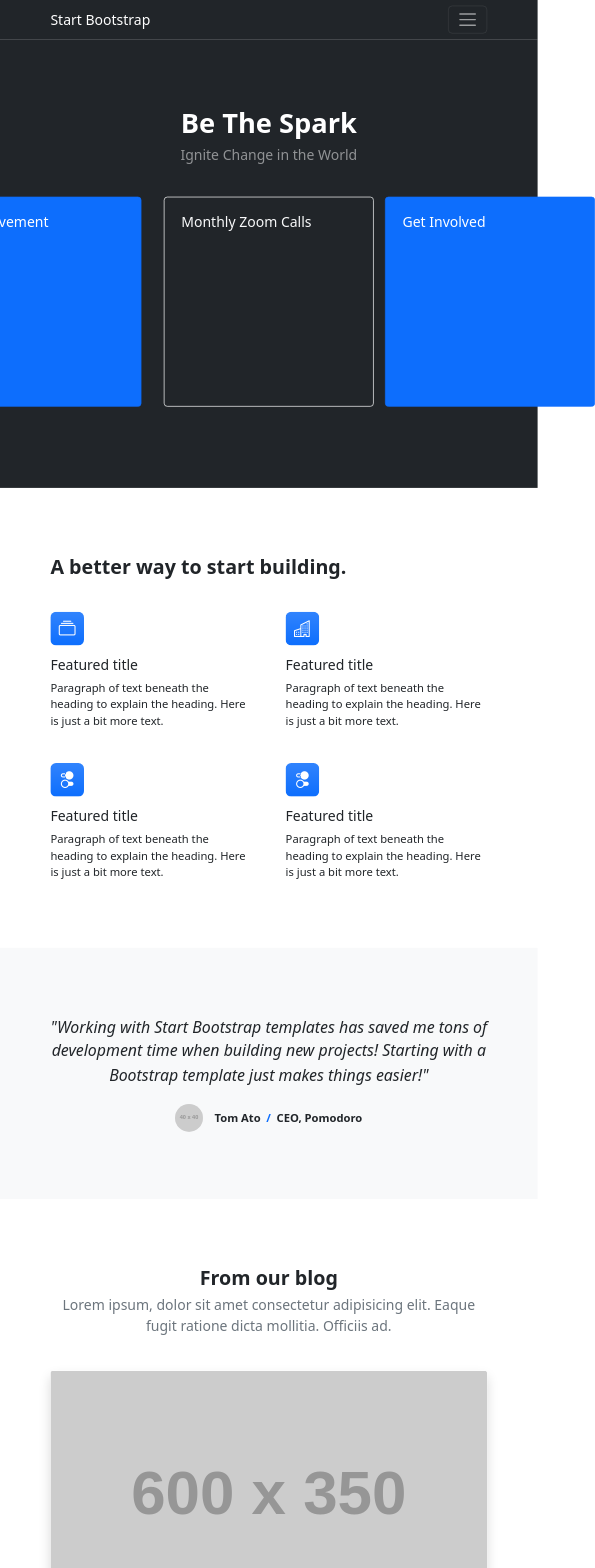
Repository: DragonFruit8/BeTheSpark
Page: index.html
The author's editor kept a copy of each file at every save. The page is drawn from the files as they stood at one save, then again after the next save.
The browser window is 768 px wide. The page is 850 px wide, so the pictures cover 850 px, including what lies to the right of the window. The pictures show the part of the page from y = 0 to 2240 px (the page is 4386 px tall before and 4286 px after), at 70% of full size.

Above is the page before, as saved 2024-01-05 08:20:33.

### index.html
<!DOCTYPE html>
<html lang="en">
    <head>
        <meta charset="utf-8" />
        <meta name="viewport" content="width=device-width, initial-scale=1, shrink-to-fit=no" />
        <meta name="description" content="" />
        <meta name="author" content="" />
        <title>Modern Business - Start Bootstrap Template</title>
        <!-- Favicon-->
        <link rel="icon" type="image/x-icon" href="assets/favicon.ico" />
        <!-- Bootstrap icons-->
        <link href="https://cdn.jsdelivr.net/npm/bootstrap-icons@1.5.0/font/bootstrap-icons.css" rel="stylesheet" />
        <!-- Core theme CSS (includes Bootstrap)-->
        <link href="css/styles.css" rel="stylesheet" />
        <link href="css/home.css" rel="stylesheet" />
    </head>
    <body class="d-flex flex-column h-100">
        <main class="flex-shrink-0">
            <!-- Navigation-->
            <nav class="navbar navbar-expand-lg navbar-dark bg-dark">
                <div class="container px-5">
                    <a class="navbar-brand" href="index.html">Start Bootstrap</a>
                    <button class="navbar-toggler" type="button" data-bs-toggle="collapse" data-bs-target="#navbarSupportedContent" aria-controls="navbarSupportedContent" aria-expanded="false" aria-label="Toggle navigation"><span class="navbar-toggler-icon"></span></button>
                    <div class="collapse navbar-collapse" id="navbarSupportedContent">
                        <ul class="navbar-nav ms-auto mb-2 mb-lg-0">
                            <li class="nav-item"><a class="nav-link" href="index.html">Home</a></li>
                            <li class="nav-item"><a class="nav-link" href="about.html">About</a></li>
                            <li class="nav-item"><a class="nav-link" href="contact.html">Contact</a></li>
                            <li class="nav-item"><a class="nav-link" href="pricing.html">Pricing</a></li>
                            <li class="nav-item"><a class="nav-link" href="faq.html">FAQ</a></li>
                            <li class="nav-item dropdown">
                                <a class="nav-link dropdown-toggle" id="navbarDropdownBlog" href="#" role="button" data-bs-toggle="dropdown" aria-expanded="false">Blog</a>
                                <ul class="dropdown-menu dropdown-menu-end" aria-labelledby="navbarDropdownBlog">
                                    <li><a class="dropdown-item" href="blog-home.html">Blog Home</a></li>
                                    <li><a class="dropdown-item" href="blog-post.html">Blog Post</a></li>
                                </ul>
                            </li>
                            <li class="nav-item dropdown">
                                <a class="nav-link dropdown-toggle" id="navbarDropdownPortfolio" href="#" role="button" data-bs-toggle="dropdown" aria-expanded="false">Portfolio</a>
                                <ul class="dropdown-menu dropdown-menu-end" aria-labelledby="navbarDropdownPortfolio">
                                    <li><a class="dropdown-item" href="portfolio-overview.html">Portfolio Overview</a></li>
                                    <li><a class="dropdown-item" href="portfolio-item.html">Portfolio Item</a></li>
                                </ul>
                            </li>
                        </ul>
                    </div>
                </div>
            </nav>
            <!-- Header-->
            <header class="bg-dark py-5">
                <div class="container px-5">
                    <div class="row gx-5 align-items-center justify-content-center">
                        <div class="col-lg-8 col-xl-7 col-xxl-6">
                            <div class="my-5 text-center text-xl-start">
                                <h1 class="display-5 fw-bolder text-white mb-2">Be The Spark</h1>
                                <p class="lead fw-normal text-white-50 mb-4">Ignite Change in the World</p>
                                <div id="CTA" class="d-grid gap-3 d-sm-flex justify-content-sm-center justify-content-xl-start">
                                    <a class="btn btn-primary w-100 h-100 btn-lg px-4 me-sm-3" href="#features">Our Movement</a>
                                    <a class="btn btn-outline-light w-100 h-100 btn-lg px-4" href="#!">Monthly Zoom Calls</a>
                                    <a class="btn btn-primary btn-lg w-100 h-100 px-4 me-sm-3" href="#features">Get Involved </a>
                                </div>
                            </div>
                        </div>
                        <div class="col-xl-5 col-xxl-6 d-none d-xl-block text-center"><img class="img-fluid rounded-3 my-5" src="https://dummyimage.com/600x400/343a40/6c757d" alt="..." /></div>
                    </div>
                </div>
            </header>
            <!-- Features section-->
            <section class="py-5" id="features">
                <div class="container px-5 my-5">
                    <div class="row gx-5">
                        <div class="col-lg-4 mb-5 mb-lg-0"><h2 class="fw-bolder mb-0">A better way to start building.</h2></div>
                        <div class="col-lg-8">
                            <div class="row gx-5 row-cols-1 row-cols-md-2">
                                <div class="col mb-5 h-100">
                                    <div class="feature bg-primary bg-gradient text-white rounded-3 mb-3"><i class="bi bi-collection"></i></div>
                                    <h2 class="h5">Featured title</h2>
                                    <p class="mb-0">Paragraph of text beneath the heading to explain the heading. Here is just a bit more text.</p>
                                </div>
                                <div class="col mb-5 h-100">
                                    <div class="feature bg-primary bg-gradient text-white rounded-3 mb-3"><i class="bi bi-building"></i></div>
                                    <h2 class="h5">Featured title</h2>
                                    <p class="mb-0">Paragraph of text beneath the heading to explain the heading. Here is just a bit more text.</p>
                                </div>
                                <div class="col mb-5 mb-md-0 h-100">
                                    <div class="feature bg-primary bg-gradient text-white rounded-3 mb-3"><i class="bi bi-toggles2"></i></div>
                                    <h2 class="h5">Featured title</h2>
                                    <p class="mb-0">Paragraph of text beneath the heading to explain the heading. Here is just a bit more text.</p>
                                </div>
                                <div class="col h-100">
                                    <div class="feature bg-primary bg-gradient text-white rounded-3 mb-3"><i class="bi bi-toggles2"></i></div>
                                    <h2 class="h5">Featured title</h2>
                                    <p class="mb-0">Paragraph of text beneath the heading to explain the heading. Here is just a bit more text.</p>
                                </div>
                            </div>
                        </div>
                    </div>
                </div>
            </section>
            <!-- Testimonial section-->
            <div class="py-5 bg-light">
                <div class="container px-5 my-5">
                    <div class="row gx-5 justify-content-center">
                        <div class="col-lg-10 col-xl-7">
                            <div class="text-center">
                                <div class="fs-4 mb-4 fst-italic">"Working with Start Bootstrap templates has saved me tons of development time when building new projects! Starting with a Bootstrap template just makes things easier!"</div>
                                <div class="d-flex align-items-center justify-content-center">
                                    <img class="rounded-circle me-3" src="https://dummyimage.com/40x40/ced4da/6c757d" alt="..." />
                                    <div class="fw-bold">
                                        Tom Ato
                                        <span class="fw-bold text-primary mx-1">/</span>
                                        CEO, Pomodoro
                                    </div>
                                </div>
                            </div>
                        </div>
                    </div>
                </div>
            </div>
            <!-- Blog preview section-->
            <section class="py-5">
                <div class="container px-5 my-5">
                    <div class="row gx-5 justify-content-center">
                        <div class="col-lg-8 col-xl-6">
                            <div class="text-center">
                                <h2 class="fw-bolder">From our blog</h2>
                                <p class="lead fw-normal text-muted mb-5">Lorem ipsum, dolor sit amet consectetur adipisicing elit. Eaque fugit ratione dicta mollitia. Officiis ad.</p>
                            </div>
                        </div>
                    </div>
                    <div class="row gx-5">
                        <div class="col-lg-4 mb-5">
                            <div class="card h-100 shadow border-0">
                                <img class="card-img-top" src="https://dummyimage.com/600x350/ced4da/6c757d" alt="..." />
                                <div class="card-body p-4">
                                    <div class="badge bg-primary bg-gradient rounded-pill mb-2">News</div>
                                    <a class="text-decoration-none link-dark stretched-link" href="#!"><h5 class="card-title mb-3">Blog post title</h5></a>
                                    <p class="card-text mb-0">Some quick example text to build on the card title and make up the bulk of the card's content.</p>
                                </div>
                                <div class="card-footer p-4 pt-0 bg-transparent border-top-0">
                                    <div class="d-flex align-items-end justify-content-between">
                                        <div class="d-flex align-items-center">
                                            <img class="rounded-circle me-3" src="https://dummyimage.com/40x40/ced4da/6c757d" alt="..." />
                                            <div class="small">
                                                <div class="fw-bold">Kelly Rowan</div>
                                                <div class="text-muted">March 12, 2023 &middot; 6 min read</div>
                                            </div>
                                        </div>
                                    </div>
                                </div>
                            </div>
                        </div>
                        <div class="col-lg-4 mb-5">
                            <div class="card h-100 shadow border-0">
                                <img class="card-img-top" src="https://dummyimage.com/600x350/adb5bd/495057" alt="..." />
                                <div class="card-body p-4">
                                    <div class="badge bg-primary bg-gradient rounded-pill mb-2">Media</div>
                                    <a class="text-decoration-none link-dark stretched-link" href="#!"><h5 class="card-title mb-3">Another blog post title</h5></a>
                                    <p class="card-text mb-0">This text is a bit longer to illustrate the adaptive height of each card. Some quick example text to build on the card title and make up the bulk of the card's content.</p>
                                </div>
                                <div class="card-footer p-4 pt-0 bg-transparent border-top-0">
                                    <div class="d-flex align-items-end justify-content-between">
                                        <div class="d-flex align-items-center">
                                            <img class="rounded-circle me-3" src="https://dummyimage.com/40x40/ced4da/6c757d" alt="..." />
                                            <div class="small">
                                                <div class="fw-bold">Josiah Barclay</div>
                                                <div class="text-muted">March 23, 2023 &middot; 4 min read</div>
                                            </div>
                                        </div>
                                    </div>
                                </div>
                            </div>
                        </div>
                        <div class="col-lg-4 mb-5">
                            <div class="card h-100 shadow border-0">
                                <img class="card-img-top" src="https://dummyimage.com/600x350/6c757d/343a40" alt="..." />
                                <div class="card-body p-4">
                                    <div class="badge bg-primary bg-gradient rounded-pill mb-2">News</div>
                                    <a class="text-decoration-none link-dark stretched-link" href="#!"><h5 class="card-title mb-3">The last blog post title is a little bit longer than the others</h5></a>
                                    <p class="card-text mb-0">Some more quick example text to build on the card title and make up the bulk of the card's content.</p>
                                </div>
                                <div class="card-footer p-4 pt-0 bg-transparent border-top-0">
                                    <div class="d-flex align-items-end justify-content-between">
                                        <div class="d-flex align-items-center">
                                            <img class="rounded-circle me-3" src="https://dummyimage.com/40x40/ced4da/6c757d" alt="..." />
                                            <div class="small">
                                                <div class="fw-bold">Evelyn Martinez</div>
                                                <div class="text-muted">April 2, 2023 &middot; 10 min read</div>
                                            </div>
                                        </div>
                                    </div>
                                </div>
                            </div>
                        </div>
                    </div>
                    <!-- Call to action-->
                    <aside class="bg-primary bg-gradient rounded-3 p-4 p-sm-5 mt-5">
                        <div class="d-flex align-items-center justify-content-between flex-column flex-xl-row text-center text-xl-start">
                            <div class="mb-4 mb-xl-0">
                                <div class="fs-3 fw-bold text-white">New products, delivered to you.</div>
                                <div class="text-white-50">Sign up for our newsletter for the latest updates.</div>
                            </div>
                            <div class="ms-xl-4">
                                <div class="input-group mb-2">
                                    <input class="form-control" type="text" placeholder="Email address..." aria-label="Email address..." aria-describedby="button-newsletter" />
                                    <button class="btn btn-outline-light" id="button-newsletter" type="button">Sign up</button>
                                </div>
                                <div class="small text-white-50">We care about privacy, and will never share your data.</div>
                            </div>
                        </div>
                    </aside>
                </div>
            </section>
        </main>
        <!-- Footer-->
        <footer class="bg-dark py-4 mt-auto">
            <div class="container px-5">
                <div class="row align-items-center justify-content-between flex-column flex-sm-row">
                    <div class="col-auto"><div class="small m-0 text-white">Copyright &copy; Your Website 2023</div></div>
                    <div class="col-auto">
                        <a class="link-light small" href="#!">Privacy</a>
                        <span class="text-white mx-1">&middot;</span>
                        <a class="link-light small" href="#!">Terms</a>
                        <span class="text-white mx-1">&middot;</span>
                        <a class="link-light small" href="#!">Contact</a>
                    </div>
                </div>
            </div>
        </footer>
        <!-- Bootstrap core JS-->
        <script src="https://cdn.jsdelivr.net/npm/bootstrap@5.2.3/dist/js/bootstrap.bundle.min.js"></script>
        <!-- Core theme JS-->
        <script src="js/scripts.js"></script>
    </body>
</html>

### css/home.css
#CTA a{
    display: flex;
    min-height:300px;
    min-width: 300px;
    padding: 20px;
    margin-top: 20px;
    margin-bottom: 20px;
    border-radius: 5px;
}

@media (max-width: 768px) {
    #CTA a{
        display: inline-flex;
        min-height:300px;
        min-width: 300px;
        padding: 20px;
        margin-top: 20px;
        margin-bottom: 20px;
        border-radius: 5px;
    }
}

Loaded but not shown: css/styles.css (library); js/scripts.js (common file)

After the next save:
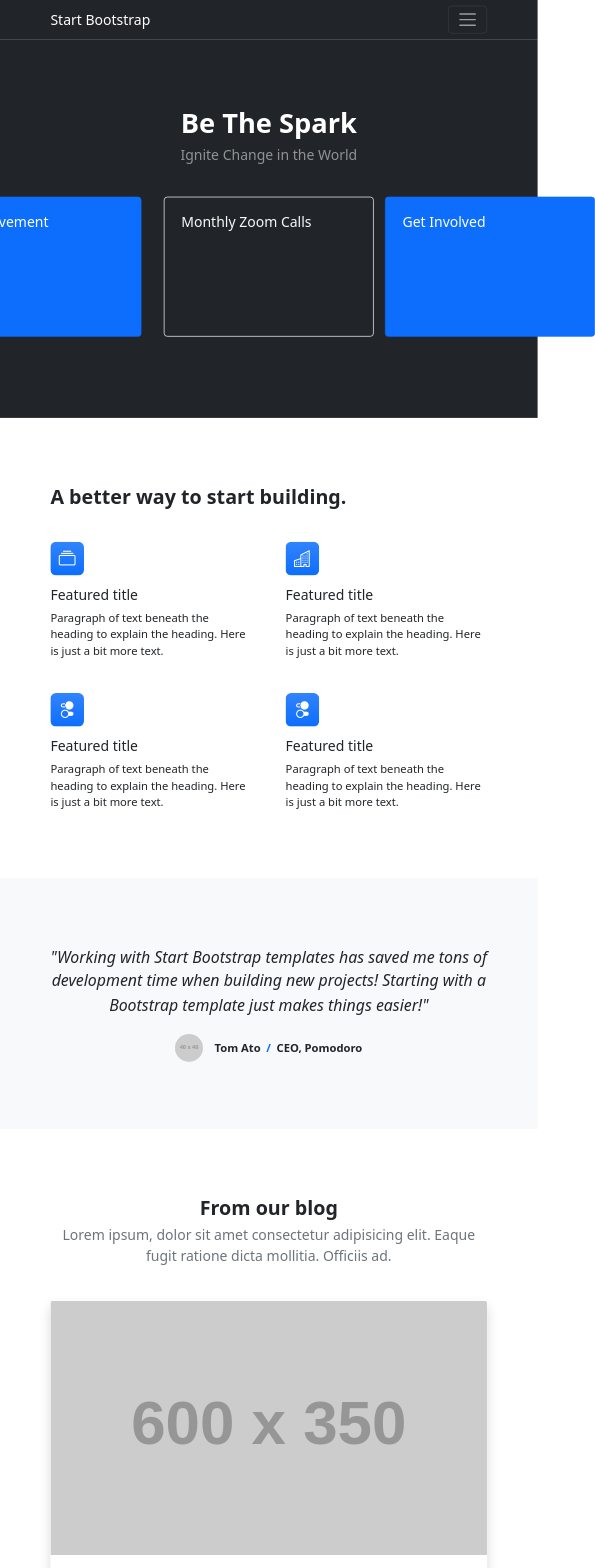
Saved 5 s later.
--- a/css/home.css
+++ b/css/home.css
@@ -11,7 +11,7 @@
 @media (max-width: 768px) {
     #CTA a{
         display: inline-flex;
-        min-height:300px;
+        min-height:200px;
         min-width: 300px;
         padding: 20px;
         margin-top: 20px;
